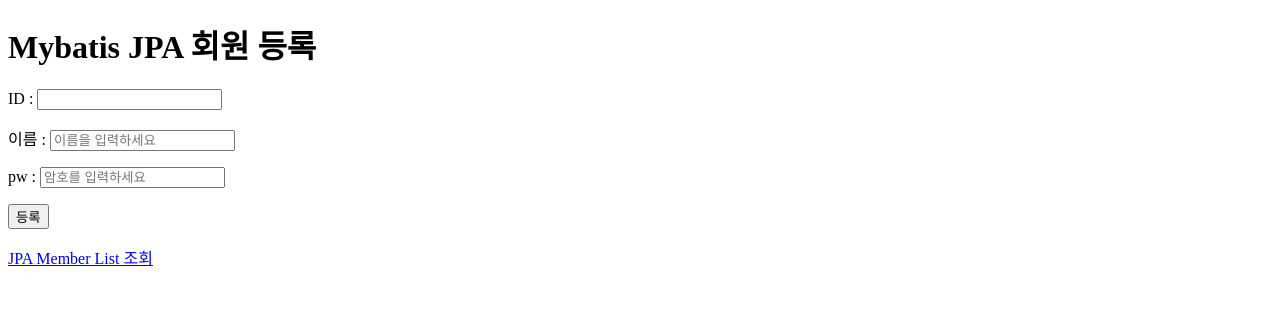
Repository: min99lv/choongang_spring_git
Page: http://localhost/oBootMybatis01/WEB-INF/views/memberJpa/createMemberForm.jsp
The author's editor kept a copy of each file at every save. The page is drawn from the files as they stood at one save, then again after the next save.
The browser window is 1280 px wide. The pictures show the whole page.
The page is served by Tomcat 10. Nobody is signed in. Other server files are loaded and not shown. The template is opened directly, without the code that normally fills it, so the values that code supplies are empty.

Above is the page before, as saved 2024-08-14 01:39:00.

### oBootMybatis01/src/main/webapp/WEB-INF/views/memberJpa/createMemberForm.jsp
<%@ page language="java" contentType="text/html; charset=UTF-8"
    pageEncoding="UTF-8"%>
<!DOCTYPE html>
<html>
<head>
<meta charset="UTF-8">
<title>Insert title here</title>
</head>
<body>
<h1>Mybatis JPA 회원 등록</h1>
<div class="container">
	<form action="${pageContext.request.contextPath }/memberJpa/save" method="post">
	ID : <input type="text" id="id" name="id" required="required"><p>
	이름 : <input type="text" id="name" name="name" placeholder="이름을 입력하세요"><p>
	pw : <input type="text" id="pw" name="password" placeholder="암호를 입력하세요"><p>
		<button type="submit">등록</button>
	</form>
	<a href="/members">JPA Member List 조회</a><p>
</div><!-- container -->
</body>
</html>

After the next save:
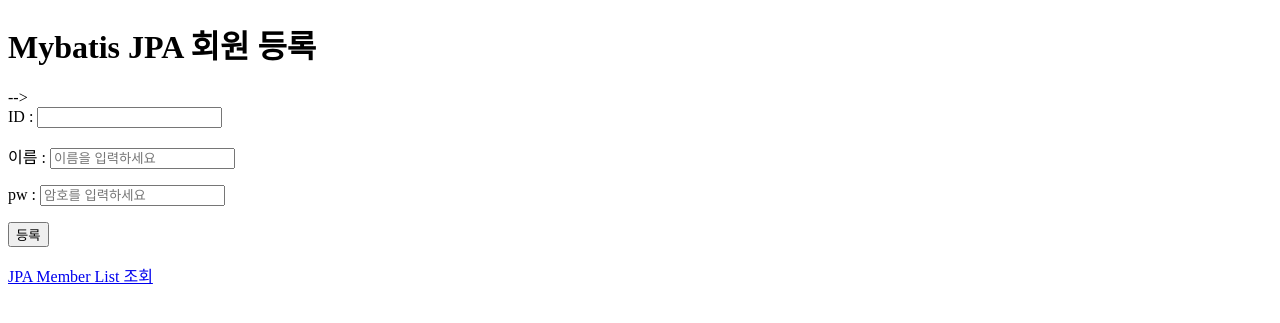
Saved 3 min 29 s later.
--- a/oBootMybatis01/src/main/webapp/WEB-INF/views/memberJpa/createMemberForm.jsp
+++ b/oBootMybatis01/src/main/webapp/WEB-INF/views/memberJpa/createMemberForm.jsp
@@ -9,6 +9,7 @@
 <body>
 <h1>Mybatis JPA 회원 등록</h1>
 <div class="container">
+	<!--  루트를 못찾을 가능성 방지 코드 --> -->
 	<form action="${pageContext.request.contextPath }/memberJpa/save" method="post">
 	ID : <input type="text" id="id" name="id" required="required"><p>
 	이름 : <input type="text" id="name" name="name" placeholder="이름을 입력하세요"><p>
